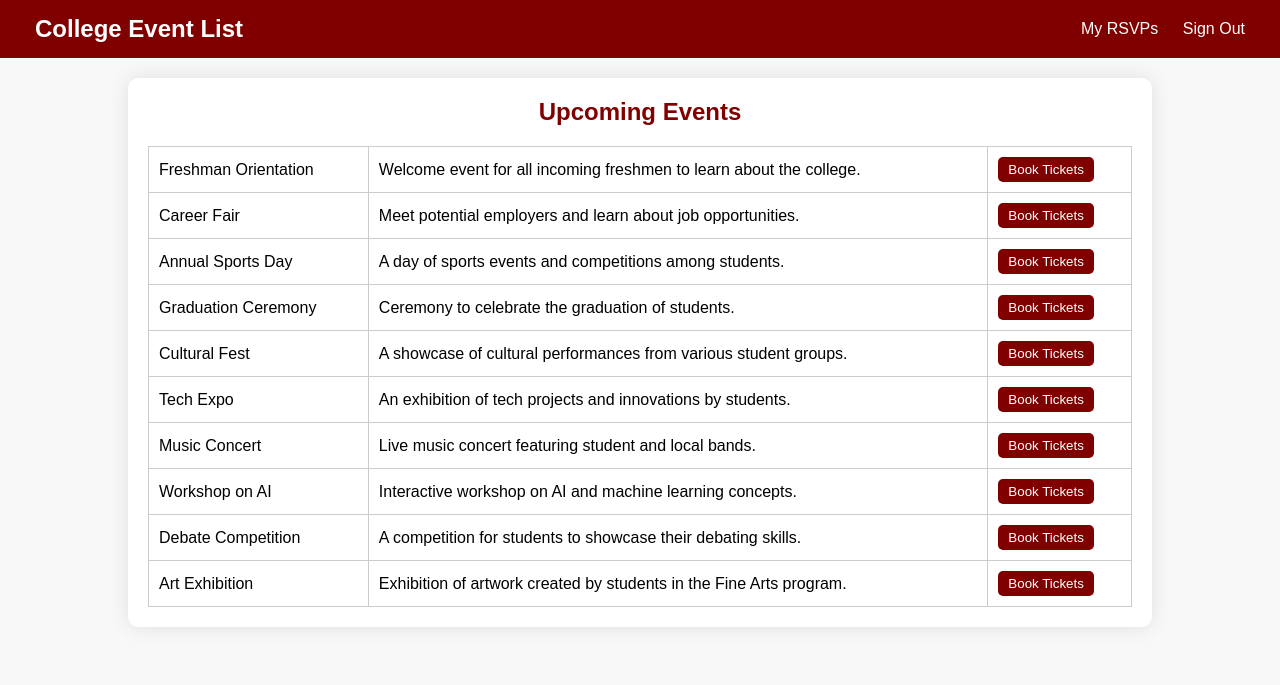
Repository: krypton-arch/CollegeEvent
Page: CollegeEvent/src/main/webapp/home.html
These files come from the project's save history. The page is drawn as it stood at one moment and after the next save; the edit follows.
The browser window is 1280 px wide. The pictures show the whole page.

Above is the page before, as saved 2024-10-30 08:25:14.

### CollegeEvent/src/main/webapp/home.html
<!DOCTYPE html>
<html lang="en">
<head>
    <meta charset="UTF-8">
    <meta name="viewport" content="width=device-width, initial-scale=1.0">
    <link rel="stylesheet" href="styles2.css">
    <title>College Event Management</title>
</head>
<body>
    <nav class="navbar">
        <h1>College Event List</h1>
        <div class="nav-links">
            <a href="my_rsvps.html">My RSVPs</a>
            <a href="login.html">Sign Out</a>
        </div>
    </nav>

    <div class="container">
        <h2>Upcoming Events</h2>
        <table>
            <thead>
            <tbody>
                <tr>
                    <td>Freshman Orientation</td>
                    <td>Welcome event for all incoming freshmen to learn about the college.</td>
                    <td><button class="btn" onclick="registerEvent('Freshman Orientation')">Book Tickets</button></td>
                </tr>
                <tr>
                    <td>Career Fair</td>
                    <td>Meet potential employers and learn about job opportunities.</td>
                    <td><button class="btn" onclick="registerEvent('Career Fair')">Book Tickets</button></td>
                </tr>
                <tr>
                    <td>Annual Sports Day</td>
                    <td>A day of sports events and competitions among students.</td>
                    <td><button class="btn" onclick="registerEvent('Annual Sports Day')">Book Tickets</button></td>
                </tr>
                <tr>
                    <td>Graduation Ceremony</td>
                    <td>Ceremony to celebrate the graduation of students.</td>
                    <td><button class="btn" onclick="registerEvent('Graduation Ceremony')">Book Tickets</button></td>
                </tr>
                <tr>
                    <td>Cultural Fest</td>
                    <td>A showcase of cultural performances from various student groups.</td>
                    <td><button class="btn" onclick="registerEvent('Cultural Fest')">Book Tickets</button></td>
                </tr>
                <tr>
                    <td>Tech Expo</td>
                    <td>An exhibition of tech projects and innovations by students.</td>
                    <td><button class="btn" onclick="registerEvent('Tech Expo')">Book Tickets</button></td>
                </tr>
                <tr>
                    <td>Music Concert</td>
                    <td>Live music concert featuring student and local bands.</td>
                    <td><button class="btn" onclick="registerEvent('Music Concert')">Book Tickets</button></td>
                </tr>
                <tr>
                    <td>Workshop on AI</td>
                    <td>Interactive workshop on AI and machine learning concepts.</td>
                    <td><button class="btn" onclick="registerEvent('Workshop on AI')">Book Tickets</button></td>
                </tr>
                <tr>
                    <td>Debate Competition</td>
                    <td>A competition for students to showcase their debating skills.</td>
                    <td><button class="btn" onclick="registerEvent('Debate Competition')">Book Tickets</button></td>
                </tr>
                <tr>
                    <td>Art Exhibition</td>
                    <td>Exhibition of artwork created by students in the Fine Arts program.</td>
                    <td><button class="btn" onclick="registerEvent('Art Exhibition')">Book Tickets</button></td>
                </tr>
            </tbody>
        </table>
    </div>


    <div class="popup" id="popup">
        <span class="popup-close" onclick="closePopup()">×</span>
        <p id="popup-message"></p>
    </div>

    <script>
        function registerEvent(eventName) {
            // Trigger the servlet call
            fetch('BookingServlet', {
                method: 'POST',
                headers: {
                    'Content-Type': 'application/json',
                },
                body: JSON.stringify({ event: eventName })
            })
            .then(response => response.json())
            .then(data => {
                if (data.success) {
                    showPopup(`You have registered for ${eventName}.`);
                } else {
                    showPopup('Registration failed. Please try again.');
                }
            })
            .catch(error => {
                showPopup('An error occurred: ' + error.message);
            });
        }

        function showPopup(message) {
            document.getElementById('popup-message').innerText = message;
            document.getElementById('popup').style.display = 'block';
        }

        function closePopup() {
            document.getElementById('popup').style.display = 'none';
        }
    </script>
</body>
</html>

### CollegeEvent/src/main/webapp/styles2.css
@charset "ISO-8859-1";

* {
    box-sizing: border-box;
    margin: 0;
    padding: 0;
}

body {
    font-family: Arial, sans-serif;
    background-color: #f8f8f8; /* Light cream background */
}

.navbar {
    display: flex;
    justify-content: space-between;
    align-items: center;
    background-color: maroon; /* Maroon navbar */
    color: white;
    padding: 15px;
}

.navbar h1 {
    margin-left: 20px;
}

.nav-links {
    margin-right: 20px;
}

.nav-links a {
    color: white;
    text-decoration: none;
    margin-left: 20px;
}

.nav-links a:hover {
    text-decoration: underline;
}

.container {
    padding: 20px;
    margin: 20px auto;
    width: 80%;
    background-color: #ffffff; /* White box */
    border-radius: 10px;
    box-shadow: 0 0 20px rgba(0, 0, 0, 0.1);
}

h2 {
    text-align: center;
    color: maroon;
    margin-bottom: 20px;
}

table {
    width: 100%;
    border-collapse: collapse;
}

th, td {
    border: 1px solid #ccc;
    padding: 10px;
    text-align: left;
}

th {
    background-color: #f5f5f5; /* Light cream header */
    color: maroon;
}

.btn {
    padding: 5px 10px;
    background-color: maroon;
    color: white;
    border: none;
    border-radius: 5px;
    cursor: pointer;
    transition: background-color 0.3s;
}

.btn:hover {
    background-color: #6a0f0f; /* Darker maroon on hover */
}

.popup {
    display: none;
    position: fixed;
    left: 50%;
    top: 50%;
    transform: translate(-50%, -50%);
    background-color: white;
    padding: 20px;
    border: 1px solid #ccc;
    border-radius: 10px;
    box-shadow: 0 0 20px rgba(0, 0, 0, 0.1);
    z-index: 1000;
}

.popup-close {
    cursor: pointer;
    color: maroon;
    float: right;
}

.popup-close:hover {
    text-decoration: underline;
}

After the next save:
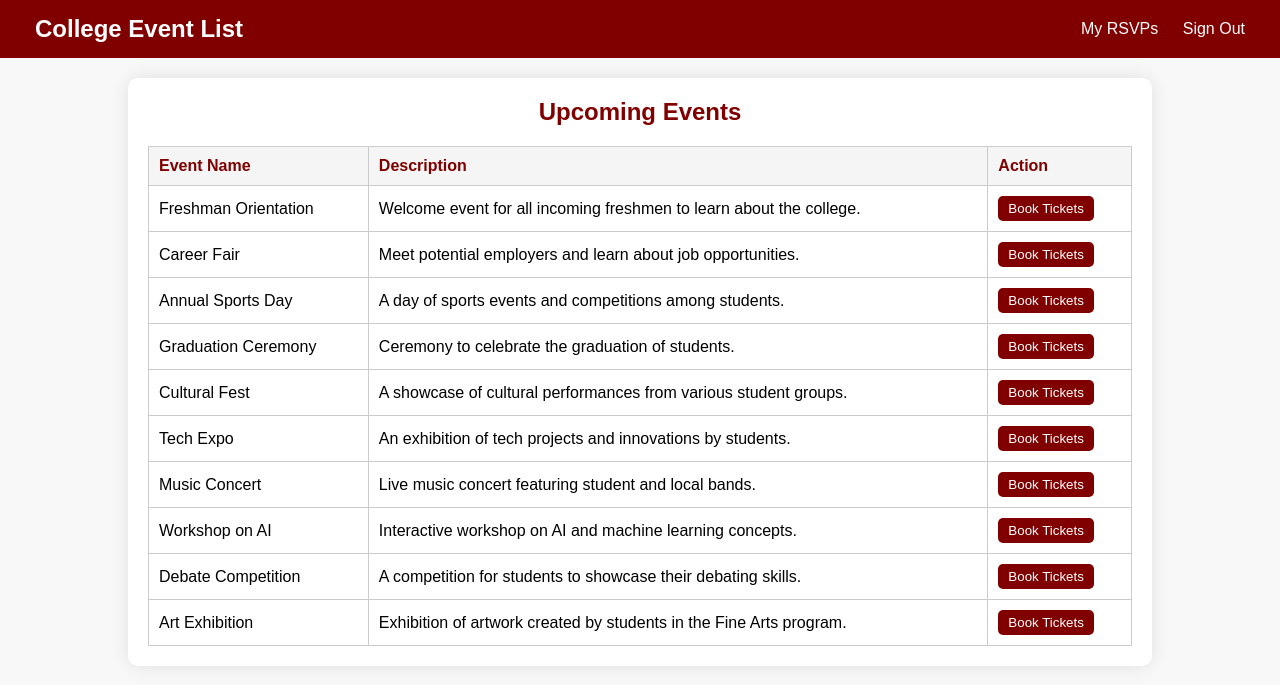
Saved 2 min 19 s later.
--- a/CollegeEvent/src/main/webapp/home.html
+++ b/CollegeEvent/src/main/webapp/home.html
@@ -19,61 +19,17 @@
         <h2>Upcoming Events</h2>
         <table>
             <thead>
-            <tbody>
                 <tr>
-                    <td>Freshman Orientation</td>
-                    <td>Welcome event for all incoming freshmen to learn about the college.</td>
-                    <td><button class="btn" onclick="registerEvent('Freshman Orientation')">Book Tickets</button></td>
+                    <th>Event Name</th>
+                    <th>Description</th>
+                    <th>Action</th>
                 </tr>
-                <tr>
-                    <td>Career Fair</td>
-                    <td>Meet potential employers and learn about job opportunities.</td>
-                    <td><button class="btn" onclick="registerEvent('Career Fair')">Book Tickets</button></td>
-                </tr>
-                <tr>
-                    <td>Annual Sports Day</td>
-                    <td>A day of sports events and competitions among students.</td>
-                    <td><button class="btn" onclick="registerEvent('Annual Sports Day')">Book Tickets</button></td>
-                </tr>
-                <tr>
-                    <td>Graduation Ceremony</td>
-                    <td>Ceremony to celebrate the graduation of students.</td>
-                    <td><button class="btn" onclick="registerEvent('Graduation Ceremony')">Book Tickets</button></td>
-                </tr>
-                <tr>
-                    <td>Cultural Fest</td>
-                    <td>A showcase of cultural performances from various student groups.</td>
-                    <td><button class="btn" onclick="registerEvent('Cultural Fest')">Book Tickets</button></td>
-                </tr>
-                <tr>
-                    <td>Tech Expo</td>
-                    <td>An exhibition of tech projects and innovations by students.</td>
-                    <td><button class="btn" onclick="registerEvent('Tech Expo')">Book Tickets</button></td>
-                </tr>
-                <tr>
-                    <td>Music Concert</td>
-                    <td>Live music concert featuring student and local bands.</td>
-                    <td><button class="btn" onclick="registerEvent('Music Concert')">Book Tickets</button></td>
-                </tr>
-                <tr>
-                    <td>Workshop on AI</td>
-                    <td>Interactive workshop on AI and machine learning concepts.</td>
-                    <td><button class="btn" onclick="registerEvent('Workshop on AI')">Book Tickets</button></td>
-                </tr>
-                <tr>
-                    <td>Debate Competition</td>
-                    <td>A competition for students to showcase their debating skills.</td>
-                    <td><button class="btn" onclick="registerEvent('Debate Competition')">Book Tickets</button></td>
-                </tr>
-                <tr>
-                    <td>Art Exhibition</td>
-                    <td>Exhibition of artwork created by students in the Fine Arts program.</td>
-                    <td><button class="btn" onclick="registerEvent('Art Exhibition')">Book Tickets</button></td>
-                </tr>
+            </thead>
+            <tbody id="event-list">
+                <!-- Events will be dynamically loaded here -->
             </tbody>
         </table>
     </div>
-
 
     <div class="popup" id="popup">
         <span class="popup-close" onclick="closePopup()">×</span>
@@ -81,36 +37,69 @@
     </div>
 
     <script>
-        function registerEvent(eventName) {
-            // Trigger the servlet call
-            fetch('BookingServlet', {
-                method: 'POST',
-                headers: {
-                    'Content-Type': 'application/json',
-                },
-                body: JSON.stringify({ event: eventName })
-            })
-            .then(response => response.json())
-            .then(data => {
+        // Event list
+        const events = [
+            { name: 'Freshman Orientation', description: 'Welcome event for all incoming freshmen to learn about the college.' },
+            { name: 'Career Fair', description: 'Meet potential employers and learn about job opportunities.' },
+            { name: 'Annual Sports Day', description: 'A day of sports events and competitions among students.' },
+            { name: 'Graduation Ceremony', description: 'Ceremony to celebrate the graduation of students.' },
+            { name: 'Cultural Fest', description: 'A showcase of cultural performances from various student groups.' },
+            { name: 'Tech Expo', description: 'An exhibition of tech projects and innovations by students.' },
+            { name: 'Music Concert', description: 'Live music concert featuring student and local bands.' },
+            { name: 'Workshop on AI', description: 'Interactive workshop on AI and machine learning concepts.' },
+            { name: 'Debate Competition', description: 'A competition for students to showcase their debating skills.' },
+            { name: 'Art Exhibition', description: 'Exhibition of artwork created by students in the Fine Arts program.' },
+        ];
+
+        // Load events into the table
+        function loadEvents() {
+            const eventList = document.getElementById('event-list');
+            events.forEach(event => {
+                const row = document.createElement('tr');
+                row.innerHTML = `
+                    <td>${event.name}</td>
+                    <td>${event.description}</td>
+                    <td><button class="btn" onclick="registerEvent('${event.name}')">Book Tickets</button></td>
+                `;
+                eventList.appendChild(row);
+            });
+        }
+
+        // Register for an event
+        async function registerEvent(eventName) {
+            try {
+                const response = await fetch('BookingServlet', {
+                    method: 'POST',
+                    headers: {
+                        'Content-Type': 'application/json',
+                    },
+                    body: JSON.stringify({ event: eventName })
+                });
+
+                const data = await response.json();
                 if (data.success) {
-                    showPopup(`You have registered for ${eventName}.`);
+                    showPopup(`You have successfully registered for ${eventName}.`);
                 } else {
                     showPopup('Registration failed. Please try again.');
                 }
-            })
-            .catch(error => {
+            } catch (error) {
                 showPopup('An error occurred: ' + error.message);
-            });
+            }
         }
 
+        // Show a popup message
         function showPopup(message) {
             document.getElementById('popup-message').innerText = message;
             document.getElementById('popup').style.display = 'block';
         }
 
+        // Close the popup
         function closePopup() {
             document.getElementById('popup').style.display = 'none';
         }
+
+        // Load events when the page loads
+        document.addEventListener('DOMContentLoaded', loadEvents);
     </script>
 </body>
 </html>
